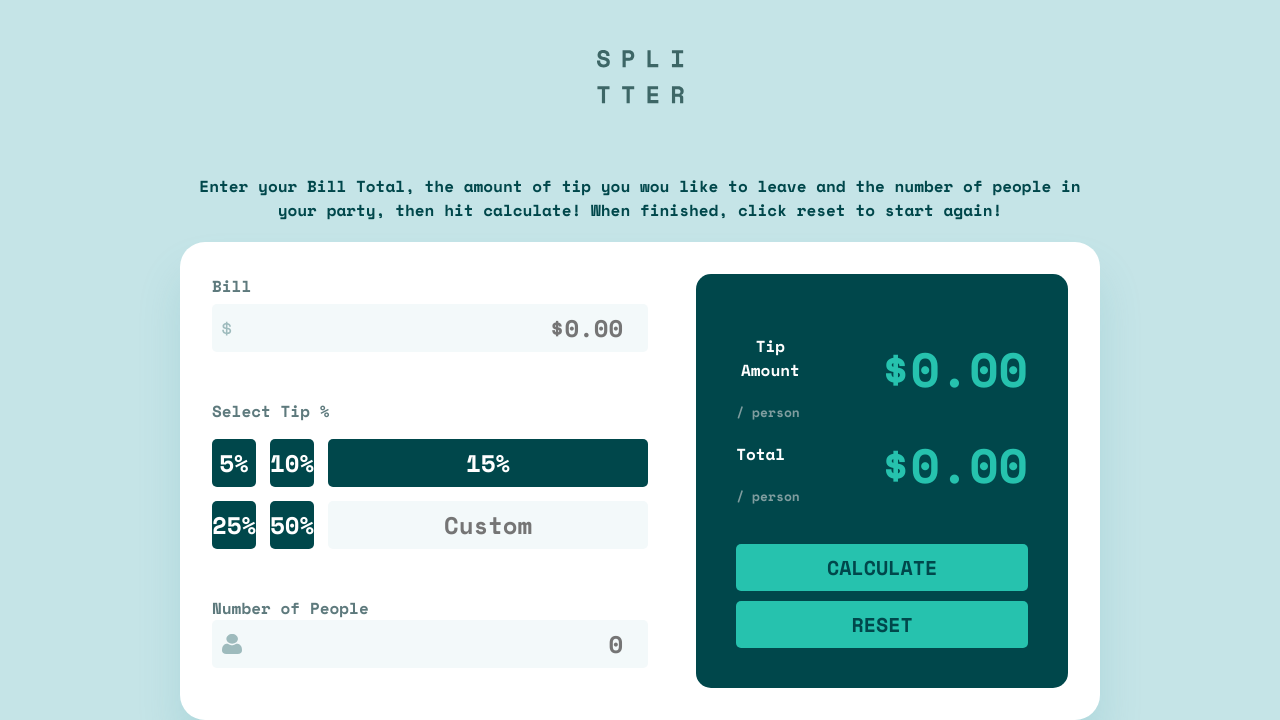
Repository: brandontaylor1/splitter
Page: index.html
These files come from the project's save history. The page is drawn as it stood at one moment and after the next save; the edit follows.
The browser window is 1280 px wide. The pictures show the whole page.

Above is the page before, as saved 2025-02-07 14:14:42.

### index.html
<!DOCTYPE html>
<html lang="en">
<head>
    <meta charset="UTF-8">
    <meta name="viewport" content="width=device-width, initial-scale=1.0">
    <link rel="preconnect" href="https://fonts.googleapis.com">
    <link rel="preconnect" href="https://fonts.gstatic.com" crossorigin>
    <link href="https://fonts.googleapis.com/css2?family=Space+Mono:ital,wght@0,400;0,700;1,400;1,700&display=swap" rel="stylesheet">
    <link rel="stylesheet" href="styles.css">
    <title>Splitter | Tip Calculator</title>
</head>
<body>
    <img src="./assets/images/logo.svg" id="logo-image" alt="logo image">
    <h1 class="error-message" id="form-error"></h1>
    <h3>Enter your Bill Total, the amount of tip you wou like to leave and the number of people in your party, then hit calculate! When finished, click reset to start again!</h3>
    <main class="container">
        <form>
            <div class="left-column">
                <div class="bill-input">
                    <div class="bill-titles">
                        <h2>Bill</h2>
                        <p class="error-message" id="bill-error"></p>
                    </div>
                    <div class="bill-input-with-icon">
                        <input type="number" min="0.00" max="10000.00" id="bill-input" placeholder="$0.00">
                    </div>
                </div>
                <div class="tip-input">
                    <div class="tip-titles">
                        <h2 id="select-tip-title">Select Tip %</h2>
                        <p class="error-message" id="tip-error"></p>
                    </div>
                    <div class="tip-buttons">
                        <button type="button" class="tip-button" value=".05">5%</button>
                        <button type="button" class="tip-button" value=".10">10%</button>
                        <button type="button" class="tip-button" value=".15">15%</button>
                        <button type="button" class="tip-button" value=".25">25%</button>
                        <button type="button" class="tip-button" value=".50">50%</button>
                        <input type="text" id="custom-tip" placeholder="Custom">
                    </div>
                </div>
                <div class="number-of-people-input">
                    <div class="people-titles">
                        <h2 id="number-of-people-title">Number of People</h2>
                        <p class="error-message" id="people-error"></p>
                    </div>
                    <div class="person-input-with-icon">
                        <input type="number" id="number-of-people-input" placeholder="0">
                    </div>
                </div>
            </div>
        </form>
        <div class="right-column">
                <div class="info-container">
                    <div class="tip-calculations">
                        <div class="tip-amount">
                            <div class="info">
                                <h3>Tip Amount</h3>
                                <p>/ person</p>
                            </div>
                            <div class="amount">
                                <h1 id="tip-amount">$0.00</h1>
                            </div>
                        </div>
                        <div class="total">
                            <div class="info">
                                <h3>Total</h3>
                                <p>/ person</p>
                            </div>
                            <div class="amount">
                                <h1 id="total-amount">$0.00</h1>
                            </div>
                        </div>
                    </div>
                    <div class="button-container">
                        <button type="button" id="calculate-button">
                            CALCULATE
                        </button>
                        <button type="button" id="reset-button">
                            RESET
                        </button>
                    </div>
        </div>
    </main>

    <script src="index.js"></script>
</body>
</html>

### styles.css
* {
    box-sizing: border-box;
    margin: 0;
    padding: 0;
}

:root {
    --background-color: #C5E4E7;
    --input-button-color: #00474B;
    --primary-white: #fff;
    --calculated-numbers-color: #26C2AE;
    --input-title-color: #5E7A7D;
    --input-background-color: #F3F9FA;
    --input-icon-color: #9EBBBD;
    --title-text-color: #3D6666;
    --custom-input-color: #547878;
}

/* UTILITY CLASSES */
.space-mono-regular {
    font-family: "Space Mono", serif;
    font-weight: 400;
    font-style: normal;
  }

  .space-mono-bold {
    font-family: "Space Mono", serif;
    font-weight: 700;
    font-style: normal;
  }

  .space-mono-regular-italic {
    font-family: "Space Mono", serif;
    font-weight: 400;
    font-style: italic;
  }

  .space-mono-bold-italic {
    font-family: "Space Mono", serif;
    font-weight: 700;
    font-style: italic;
  }


body {
    background-color: #C5E4E7;
    height: 100vh;
    width: 100%;
    display: flex;
    flex-direction: column;
    justify-content: center;
    align-items: center;
    font-family: "Space Mono", monospace;
}

#logo-image {
    margin: 50px 0;
}

h3 {
    width: 70%;
    text-align: center;
    color: #00474B;
    font-size: 16px;
    font-weight: 700;
    margin: 20px 0;
}

.container {
    background-color: var(--primary-white);
    width: 920px;
    height: 481px;
    border-radius: 25px;
    box-shadow: 0px 32px 43px 0px rgba(79, 166, 175, 0.20);
    display: grid;
    gap: 48px;
    grid-template-columns: 1fr 1fr;
    padding: 32px;
}

.left-column {
    display: flex;
    flex-direction: column;
    justify-content: space-between;
    width: 100%;
    height: 100%;
}

.right-column {
    grid-column: 2 / 3;
    width: 100%;
    height: 100%;
    border-radius: 15px;
    background-color: var(--input-text-color);
}

input {
    height: 48px;
    width: 100%;
    padding: 10px;
    display: flex;
    flex-direction: row;
    justify-content: space-between;
    background-color: var(--input-background-color);
    border: none;
    border-radius: 5px;
    margin-bottom: 20px;
}

.person-input-with-icon input{
    width: 100%;
    font-family: "Space Mono", monospace;
    font-size: 24px;
    color: #00474B;
    font-weight: 600;
    background-image: url("./assets/images/icon-person.svg");
    background-repeat: no-repeat;
    background-position: 10px center;
    background-size: 20px 20px;
    text-align: right;
}

#bill-input {
    width: 100%;
    font-family: "Space Mono", monospace;
    font-size: 24px;
    font-weight: 600;
}

#number-of-people-input {
    width: 100%;
    font-family: "Space Mono", monospace;
    font-size: 24px;
    color: #00474B;
    font-weight: 600;
}

.bill-input-with-icon input {
    width: 100%;
    font-family: "Space Mono", monospace;
    font-size: 24px;
    color: #00474B;
    font-weight: 600;
    background-image: url("./assets/images/icon-dollar.svg");
    background-repeat: no-repeat;
    background-position: 10px center;
    background-size: auto 15px;
    text-align: right;
}

.bill-input h2 {
    font-size: 16px;
    color: var(--input-title-color);
    margin-bottom: 6px;
}

.tip-buttons {
    display: grid;
    grid-template-columns: repeat(3, 1fr);
    grid-template-rows: auto;
    gap: 14px;
}

#select-tip-title {
    color: #5E7A7D;
    font-size: 16px;
    margin-bottom: 16px;
}

.tip-button {
    width: auto;
    height: 48px;
    flex-shrink: 0;
    border: none;
    border-radius: 5px;
    background-color: #00474B;
    color: var(--primary-white);
    font-family: "Space Mono", monospace;
    font-size: 24px;
    font-weight: 600;
}


.tip-button:hover {
    background-color: #26C2AE;
    color: #00474B;
}

.active {
    background-color: #26C2AE;
    color: #00474B;
}

.disabled {
    background-color: #00474B;
    color: #5E7A7D;
    opacity: .5;
}

#custom-tip {
    width: auto;
    height: 48px;
    flex-shrink: 0;
    text-align: center;
    font-size: 24px;
    font-weight: 600;
    font-family: "Space Mono", monospace;
}


#number-of-people-title {
    color: #5E7A7D;
    font-size: 16px;
}


.right-column {
    background-color: #00474B;
    padding: 40px;
    display: flex;
    flex-direction: column;
    justify-content: space-between;
}

.info-container {
    display: flex;
    flex-direction: column;
    justify-content: space-between;
    height: 100%;

}

.tip-amount, .total {
    display: flex;
    flex-direction: row;
    justify-content: space-between;
    align-items: center;
    color: var(--primary-white);
}

.amount {
    color: #26C2AE;
    font-size: 24px;
    font-family: "Space Mono", monospace;
}

.info h3 {
    font-size: 16px;
    color: var(--primary-white);
}

.info p {
    font-size: 13px;
    color: #7F9D9F;
    font-family: "Space Mono", monospace;
    font-weight: 700;
}

.button-container {
    display: flex;
    flex-direction: column;


}

#calculate-button   {
    padding: 9px 40px;
    text-align: center;
    border: none;
    cursor: pointer;
    background-color: #26C2AE;
    color: #00474B;
    border-radius: 5px;
    font-size: 20px;
    font-weight: 600;
    font-family: "Space Mono", monospace;
    margin-bottom: 10px;
}

#reset-button {
    padding: 9px 40px;
    text-align: center;
    border: none;
    cursor: pointer;
    background-color: #26C2AE;
    color: #00474B;
    border-radius: 5px;
    font-size: 20px;
    font-weight: 600;
    font-family: "Space Mono", monospace;
}

.error-message {
    color: red;
    font-size: 10px;
}

.bill-titles, .people-titles, .tip-titles {
    display: flex;
    flex-direction: row;
    justify-content: space-between;
    align-items: center;
}

#form-error {
    font-size: 18px;
}

@media screen and (max-width: 852px) {

    h3 {
        width: 90%;
        text-align: center;
        color: #00474B;
        font-size: 14px;
        font-weight: 700;
        margin: 20px 0;
    }

    .container {
        width: 90%;
        height: 100%;
        display: flex;
        flex-direction: column;
        justify-content: space-between;
        padding: 20px;
    }

    .right-column {
        grid-column: 1 / 2;
        width: 100%;
        height: 100%;
        border-radius: 15px;
        background-color: var(--input-text-color);
    }

    .left-column {
        display: flex;
        flex-direction: column;
        justify-content: space-between;
        flex-wrap: wrap;
        width: 100%;
        height: 100%;
    }

    .right-column {
        background-color: #00474B;
        padding: 40px;
        display: flex;
        flex-direction: column;
        justify-content: space-between;
    }

    .info-container {
        display: flex;
        flex-direction: column;
        justify-content: space-between;
        height: 100%;
    }

    .tip-amount, .total {
        display: flex;
        flex-direction: row;
        justify-content: space-between;
        align-items: center;
        color: var(--primary-white);
    }

    .amount {
        color: #26C2AE;
        font-size: 24px;
        font-family: "Space Mono", monospace;
    }

    .info h3 {
        font-size: 16px;
        color: var(--primary-white);
    }

    .info p {
        font-size: 13px;
        color: #7F9D9F;
        font-family: "Space Mono", monospace;
        font-weight: 700;
    }

    .button-container {
        display: flex;
        flex-direction: column;
    }

    #calculate-button   {
        padding: 9px 40px;
        text-align: center;
        border: none;
        cursor: pointer;
        background-color: #26C2AE;
        color: #00474B;
        border-radius: 5px;
        font-size: 20px;
        font-weight: 600;
        font-family: "Space Mono", monospace;
        margin-bottom: 10px;
    }

    #reset-button {
        padding: 9px 40px;
        text-align: center;
        border: none;
        cursor: pointer;
        background-color: #26C2AE;
    }
}

### index.js
const billInput = document.querySelector("#bill-input");
const peopleInput = document.querySelector("#number-of-people-input");
const tipAmountElement = document.getElementById("tip-amount");
const totalAmountElement = document.getElementById("total-amount");
const tipButtons = document.querySelectorAll('.tip-button')

const calculateBtn = document.querySelector("#calculate-button");
const resetBtn = document.querySelector("#reset-button");
const formError = document.querySelector('#form-error')
const peopleError = document.querySelector("#people-error");
const billError = document.querySelector('#bill-error')
const tipError = document.querySelector('#tip-error')

let billAmount = 0
let tipPercentage = 0
let numberOfPeople = 0

tipButtons.forEach(button => {
    button.addEventListener('click', () => {
        if(button.classList.contains('active')) {
            button.classList.remove('active')
        } else {
            button.classList.add('active')
        }
        tipPercentage = button.value
        console.log(tipPercentage)
    })
})

function validateAmount(input) {
    if(!isNaN(input) && input !== "" && input > 0) {
        const dollarAmount = parseFloat(input);
        billAmount = dollarAmount;
    } else {
        console.log("Invalid input. Please enter a valid number");
        billError.textContent = "Please enter a valid number";
    }
}

function validatePeople(input) {
    if(!isNaN(input) && input !== "" && input > 0) {
        const people = parseFloat(input);
        numberOfPeople = people;
        console.log(numberOfPeople)
    } else {
        console.log("Invalid input. Please enter a valid number");
        peopleError.textContent = "Please enter a valid number";
    }
}

function calculateTipAmount(bill, tipCalculated, people) {
    return (bill * tipCalculated) / people
}

function calculateTotalAmount(bill, tipAmount, people) {
    return (bill + tipAmount) / people

}

calculateBtn.addEventListener("click", () => {
    let hasError = false;

    // if(billAmount === undefined || tipPercentage === undefined || numberOfPeople === undefined) {
    //     formError.innerText = "Please fill out all fields";
    //     hasError = true;
    // }

    if (billAmount === undefined || billAmount === "" || billAmount === 0) {
        billError.innerText = "Please enter a bill amount";
        hasError = true;
        tip.innerText = "$0.00";
        total.innerText = "$0.00";
    } else {
        billError.innerText = "";
    }

    if (tipPercentage === undefined || tipPercentage === "" || tipPercentage === 0) {
        tipError.innerText = "Please select a tip percentage";
        hasError = true;
        tip.innerText = "$0.00";
        total.innerText = "$0.00";
    } else {
        tipError.innerText = "";
    }

    if (numberOfPeople === undefined || numberOfPeople === "" || numberOfPeople === 0) {
        peopleError.innerText = "Please enter a valid number";
        hasError = true;
        tip.innerText = "$0.00";
        total.innerText = "$0.00";
    } else {
        peopleError.innerText = "";
    }


    const tipAmount = calculateTipAmount(billAmount, tipPercentage, numberOfPeople)
    const totalAmount = calculateTotalAmount(billAmount, tipAmount, numberOfPeople)

    tipAmountElement.innerText = `$${tipAmount.toFixed(2)}`;
    totalAmountElement.innerText = `$${totalAmount.toFixed(2)}`;

    calculateBtn.disabled = true;

})

resetBtn.addEventListener("click", () => {
    billInput.value = ""
    peopleInput.value = ""
    tipAmount = 0
    totalBill = 0
    tipAmountElement.innerText = "$0.00"
    totalAmountElement.innerText = "$0.00"
    tipButtons.forEach(button => {
        button.classList.remove('active')
    })
    tipPercentage = 0
    billAmount = 0
    numberOfPeople = 0
    formError.innerText = ""
    billError.innerText = ""
    tipError.innerText = ""
    peopleError.innerText = ""

    calculateBtn.disabled = false

})

billInput.addEventListener("input", () => {
    console.log(billInput.value);
    validateAmount(billInput.value);
})

peopleInput.addEventListener("input", () => {
    console.log(peopleInput.value);
    validatePeople(peopleInput.value);
})

After the next save:
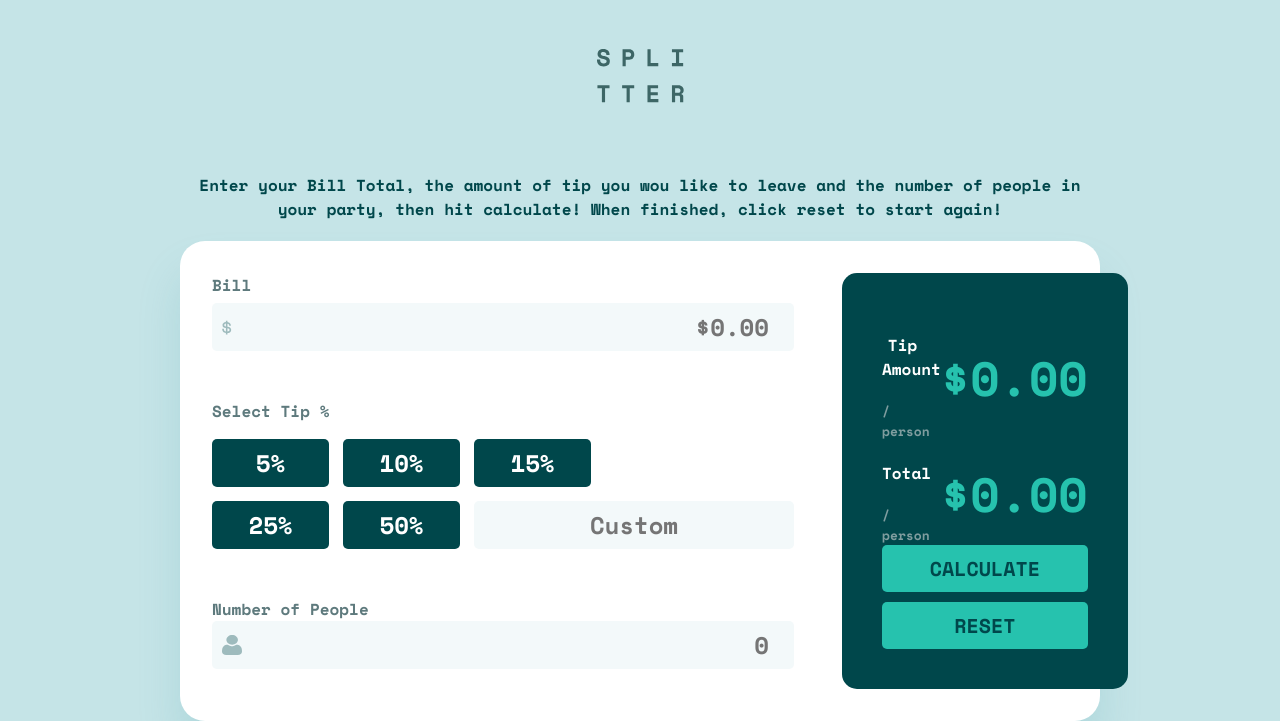
Saved 7 s later.
--- a/styles.css
+++ b/styles.css
@@ -168,7 +168,7 @@ input {
 }
 
 .tip-button {
-    width: auto;
+    width: 117px;
     height: 48px;
     flex-shrink: 0;
     border: none;
